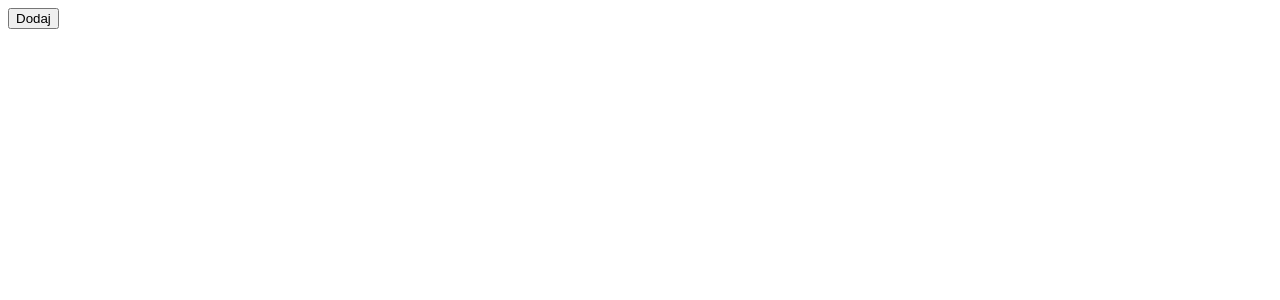
Repository: bartosz1919/Exercise-with-JS---Dynamic_-ul-
Page: index.html
An editor plug-in stored every save of this project. The page is shown before and after the next save, followed by the edit.
The browser window is 1280 px wide. The pictures show the whole page.
After loading, the first visible `button` was clicked once.

Above is the page before, as saved 2020-03-25 23:47:37.
Console error: ReferenceError: ul is not defined

### index.html
<!-- Projekt 3 - Zadanie 2 -
 https://websamuraj.pl/examples/js/projekt3-zad2/

- Stwórz rozwiązanie z pomocą dwóch funkcji w oparciu o strukturę w main.js Nie dodawaj nic więcej do zakresu globalnego.

- funkcja init, która będzie uruchomiona po wczytaniu strony. Jej zadaniem jest:
--- stworzyć dwa elementy
<button>Dodaj 10 elementów listy</buttn>
<ul></ul>
--- dodaj je do body
--- ustaw nasłuchiwanie na przycisk


--- funkcja createLiElements, która będzie uruchamiana po kliknięciu przycisku stworzonego przez funkcję init. Jej zadanie to:
--- tworzenie 10 elementów li i umieszczanie ich w elemencie ul
--- kazdy z 10 elementów ma mieć swój indeks (order) pczy czym kolejne 10 elementów ma być konynuacją (czilu pierwszy klik mamy 1-10, kolejny 11-20 itd)
--- każdy kolejny element il ma mieć font-size większy o 1px.

- bez zmian w pliku html (nie dodajemy html-a i css-a). Cały kod piszemy w elemencie main.js

-->
<!DOCTYPE html>
<html lang="en">

<head>
 <meta charset="UTF-8">
 <title>Projekt 3 - zadanie 2</title>


</head>

<body>

 <script src="main.js"></script>
</body>

</html>

### main.js
let size = 10;
let orderElement = 1;

const init = () => {
    const btn = document.createElement("Button");
    btn.innerText = "Dodaj";
    document.body.appendChild(btn);
    const list = document.createElement("ul");
    document.body.appendChild(list);

    btn.addEventListener(`click`, createLiElements);

}

const createLiElements = () => {
    console.log(`dupa`);

    for (let i = 0; i < 10; i++) {
        const li = document.createElement(`li`);
        li.innerText = "Element nr" + orderElement;
        ul.appendChild(li);

    }

}

init()

After the next save:
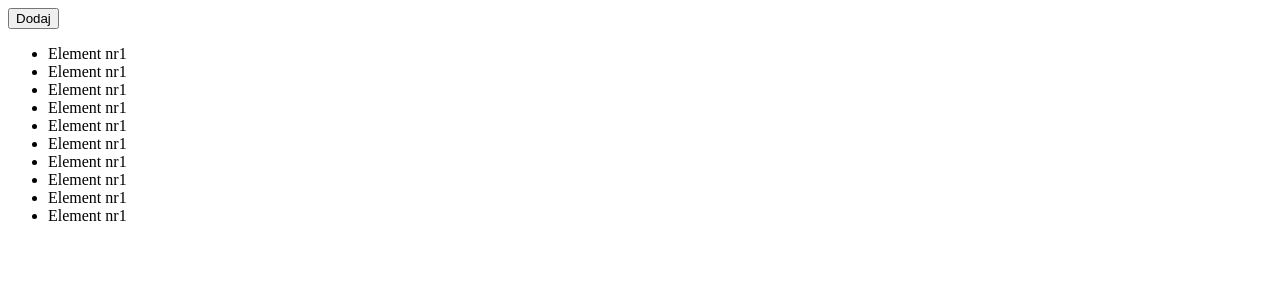
The error is gone.
Saved 56 s later.
--- a/main.js
+++ b/main.js
@@ -18,6 +18,7 @@ const createLiElements = () => {
     for (let i = 0; i < 10; i++) {
         const li = document.createElement(`li`);
         li.innerText = "Element nr" + orderElement;
+        const ul = document.querySelector(`ul`);
         ul.appendChild(li);
 
     }
